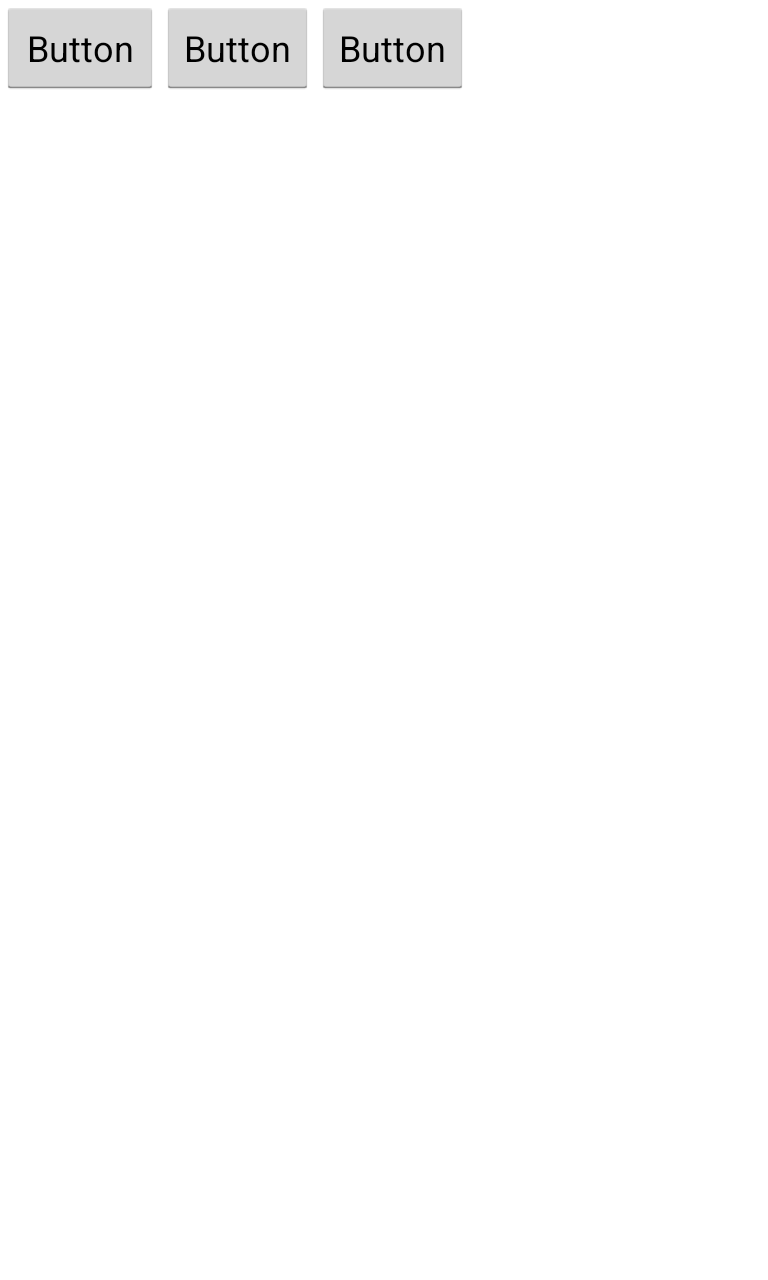
Repository: b-agarwal/rt-solomo
Layout: Rush/res/layout/fragment_header.xml
An editor plug-in stored every save of this project. The layout is shown before and after the next save, followed by the edit.
It is drawn on a 768 x 1280 px phone screen (xhdpi) without system bars, with theme AppTheme; the app's code is not run.

Above is the layout before, as saved 2013-03-01 22:37:03.

After the next save:
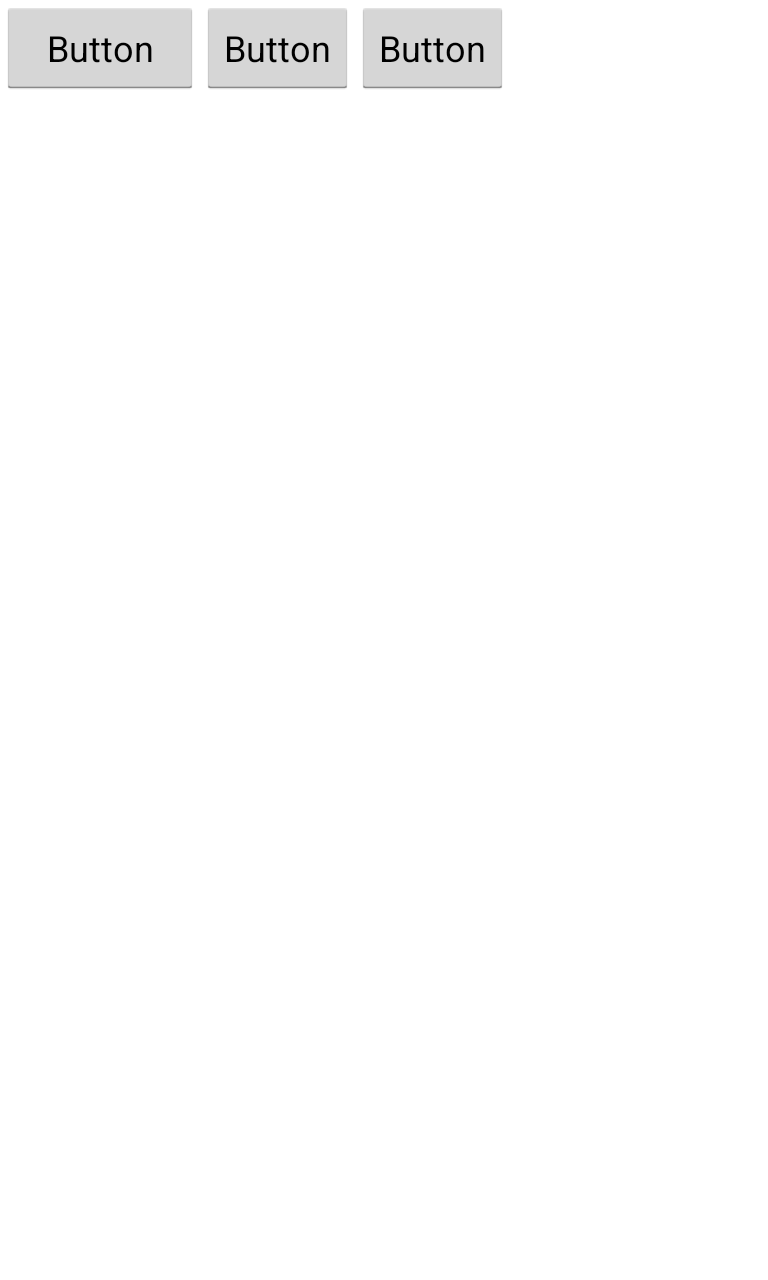
Saved 63 s later.
--- a/Rush/res/layout/fragment_header.xml
+++ b/Rush/res/layout/fragment_header.xml
@@ -5,10 +5,9 @@
 
     <Button
         android:id="@+id/button1"
-        android:layout_width="wrap_content"
+        android:layout_width="100dp"
         android:layout_height="wrap_content"
-        android:text="Button"
-        android:width="80dp" />
+        android:text="Button" />
 
     <Button
         android:id="@+id/button2"
